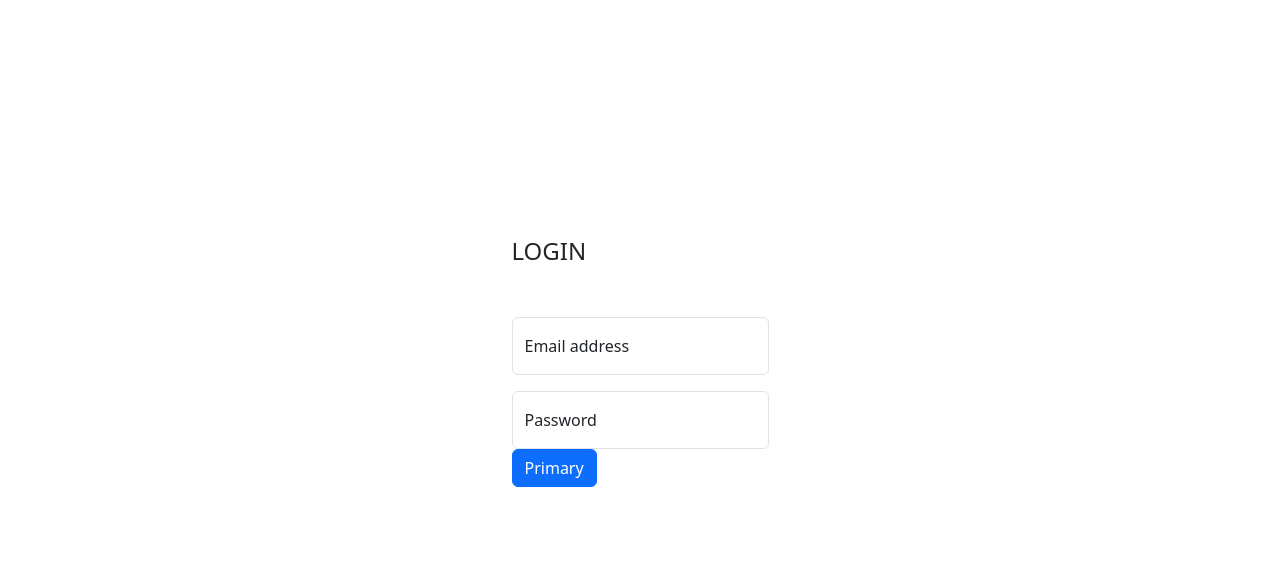
Repository: jaevoy2/lara_demo
Page: http://localhost/
An editor plug-in stored every save of this project. The page is shown before and after the next save, followed by the edit.
The browser window is 1280 px wide. The pictures show the whole page.
The page is served by the project's Laravel application, run on PHP 8.4 with Laravel 12.

Above is the page before, as saved 2026-07-06 22:54:40.

After the next save:
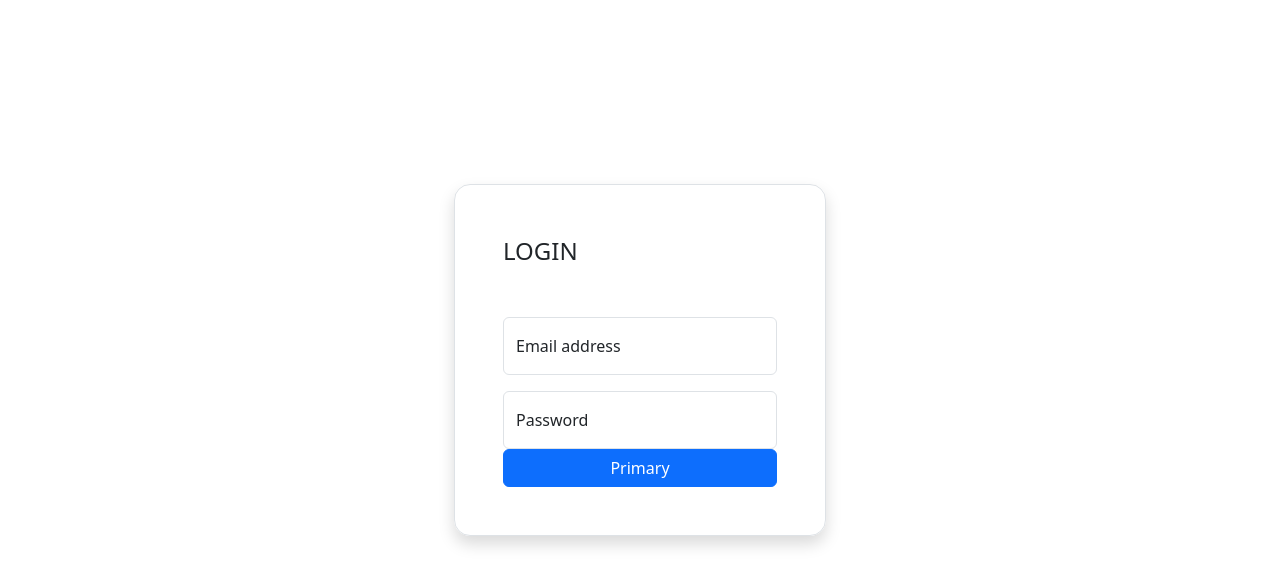
Saved 8 s later.
--- a/resources/views/login.blade.php
+++ b/resources/views/login.blade.php
@@ -2,7 +2,7 @@
 
 @section('content')
     <div class="container d-flex flex-column justify-content-center align-items-center vh-100">
-        <div class="login_card loginForm">
+        <div class="container d-flex flex-column justify-content-center col-4 p-5 border rounded shadow rounded-4">
             <p class="mb-5 fs-4">LOGIN</p>
             <div class="form-floating mb-3">
                 <input type="email" class="form-control" id="floatingInput" placeholder="name@example.com">
